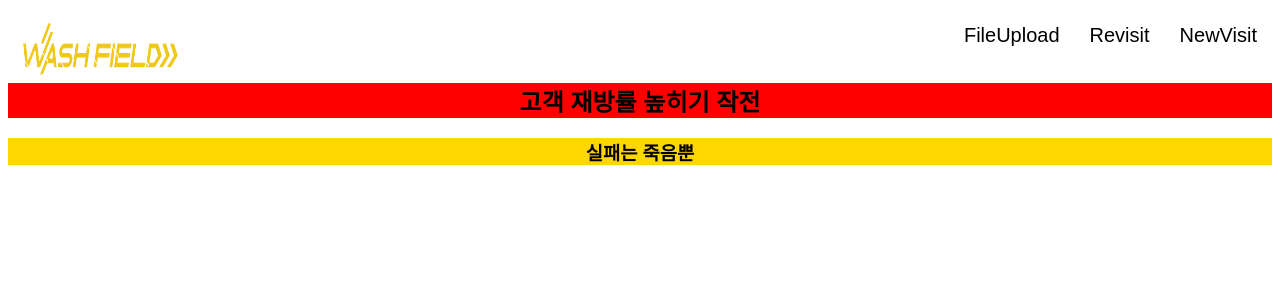
Repository: leeenzang/realmo
Page: http://localhost/mainpage/
The author's editor kept a copy of each file at every save. The page is drawn from the files as they stood at one save, then again after the next save.
The browser window is 1280 px wide. The pictures show the whole page.
Some web fonts or font styles are not loaded; a fallback is used. The page is served by the project's application, run on Django 4.2 (manage.py).

Above is the page before, as saved 2023-08-22 21:56:47.

After the next save:
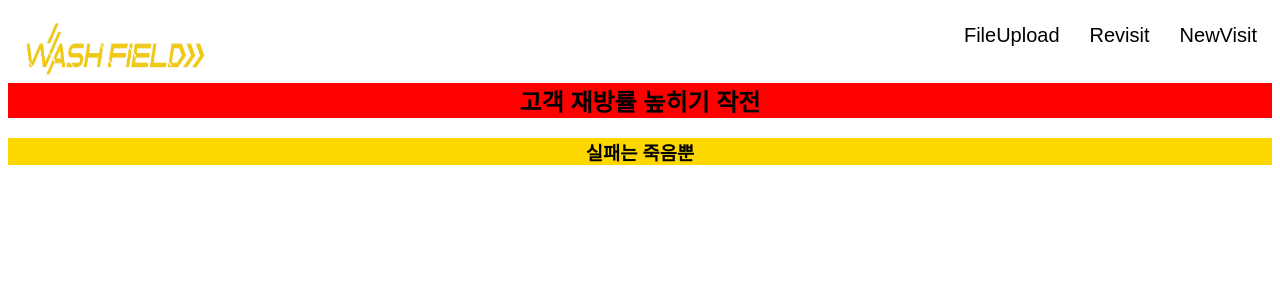
Saved 68 s later.
--- a/mainpage/templates/mainpage/home.html
+++ b/mainpage/templates/mainpage/home.html
@@ -37,7 +37,7 @@
 
     <!-- Top-left Image -->
     <div style="position: absolute; top: 0; left: 0;">
-        <img src="{% static 'images/wash.png' %}" alt="My Image" width="200px" height="100px">
+        <img src="{% static 'images/wash.png' %}" alt="My Image" width="230px" height="100px">
     </div>
 
     <!-- Navigation Bar -->
